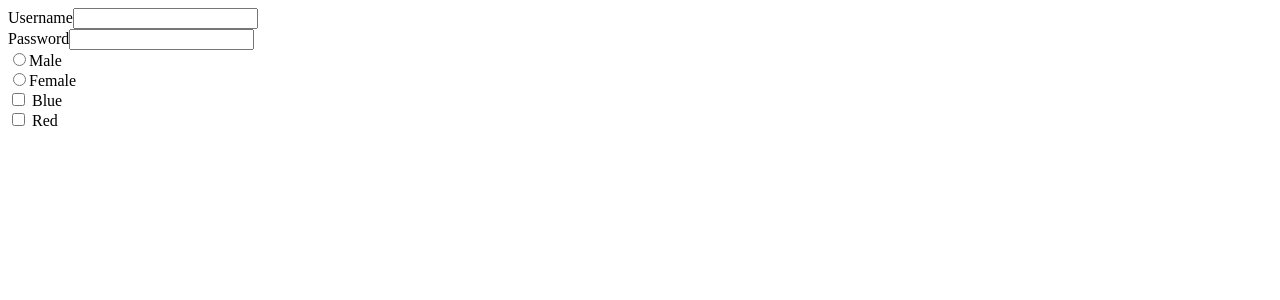
Repository: LsCodeMaster/Training
Page: WebDemo/WebContent/html/static/BigForm.html
The author's editor kept a copy of each file at every save. The page is drawn from the files as they stood at one save, then again after the next save.
The browser window is 1280 px wide. The pictures show the whole page.

Above is the page before, as saved 2015-09-17 08:35:09.

### WebDemo/WebContent/html/static/BigForm.html
<!DOCTYPE html>
<html>
<head>
<meta charset="ISO-8859-1">
<title>Insert title here</title>
</head>
<body>
<form name="allInputTypes">
	Username<input type="text" name="username"> <br/>
	Password<input type="password" name="pass"> <br/>
	<input type="radio" name="sex" value="male">Male <br/>
	<input type="radio" name="sex" value="female">Female <br/>
	<input type="checkbox" name="color" value="blue"> Blue <br/>
	<input type="checkbox" name="color" value="red"> Red <br/>

</form>
</body>
</html>

After the next save:
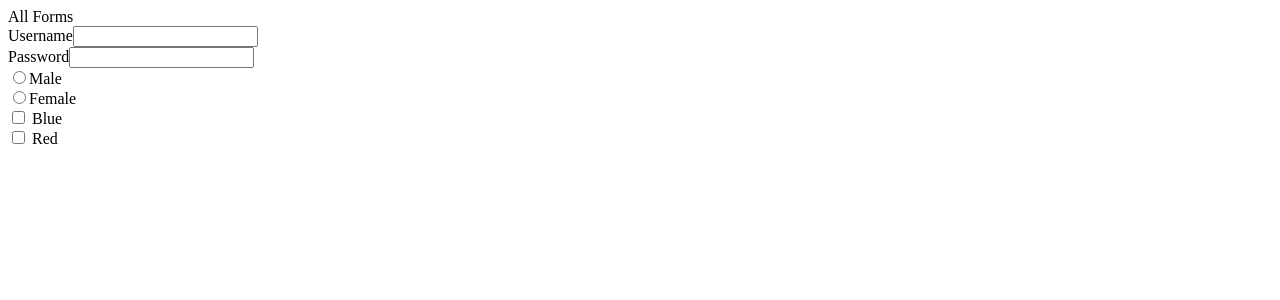
Saved 31 s later.
--- a/WebDemo/WebContent/html/static/BigForm.html
+++ b/WebDemo/WebContent/html/static/BigForm.html
@@ -5,7 +5,7 @@
 <title>Insert title here</title>
 </head>
 <body>
-<form name="allInputTypes">
+All Forms<form name="allInputTypes">
 	Username<input type="text" name="username"> <br/>
 	Password<input type="password" name="pass"> <br/>
 	<input type="radio" name="sex" value="male">Male <br/>
